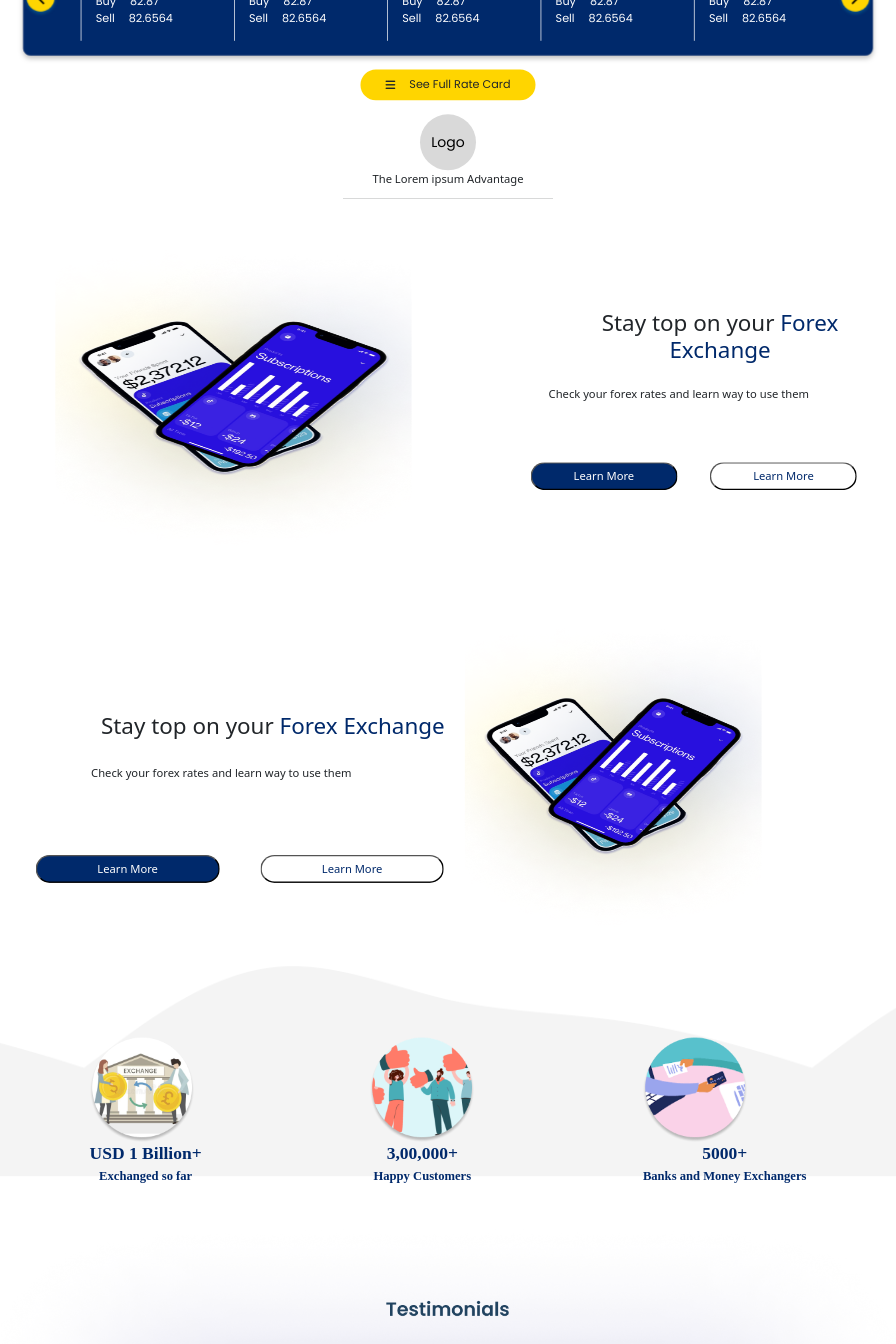
Repository: FlyweisReact/Akshadeep-latest
Page: /
The author's editor kept a copy of each file at every save. The page is drawn from the files as they stood at one save, then again after a run of saves.
The browser window is 1280 px wide. The pictures show the part of the page from y = 865 to 2785 px (the page is 4669 px tall before and 4675 px after), at 70% of full size.
Some web libraries are served in a nearby version. The project was rebuilt for these pictures with package versions that can differ from the ones it lists, and the page was loaded fresh each time. Also part of the build but not shown: src/components/exchange.jsx, src/components/order_p1.jsx, src/components/order_p2.jsx, src/components/faas.jsx, src/components/offer.jsx, src/components/main2.jsx, src/components/home.jsx, src/components/slider.jsx and 6 more.

Above is the page before, as saved 2023-05-23 16:01:04.

### public/index.html
<!DOCTYPE html>
<html lang="en">
  <head>
    <meta charset="utf-8" />
    <link rel="icon" href="%PUBLIC_URL%/favicon.ico" />
    <meta name="viewport" content="width=device-width, initial-scale=1" />
    <meta name="theme-color" content="#000000" />
    <meta
      name="description"
      content="Web site created using create-react-app"
    />
    <link rel="apple-touch-icon" href="%PUBLIC_URL%/logo192.png" />

    <link rel="manifest" href="%PUBLIC_URL%/manifest.json" />
    <link rel="stylesheet" href="https://cdnjs.cloudflare.com/ajax/libs/font-awesome/5.15.3/css/all.min.css" />
    <link href="https://cdn.jsdelivr.net/npm/bootstrap@5.3.0-alpha1/dist/css/bootstrap.min.css" rel="stylesheet" integrity="sha384-GLhlTQ8iRABdZLl6O3oVMWSktQOp6b7In1Zl3/Jr59b6EGGoI1aFkw7cmDA6j6gD" crossorigin="anonymous">
    <title>React App</title>
  </head>
  <body>
    <noscript>You need to enable JavaScript to run this app.</noscript>
    <div id="root"></div>
    <script src="https://kit.fontawesome.com/b533b351e4.js" crossorigin="anonymous"></script>
  </body>
</html>

### src/components/Main.jsx
/** @format */

import React from "react";
import Navbar from "./navbar";
import "react-responsive-carousel/lib/styles/carousel.min.css";
import BottomCont from "./bottom_cont";
import Footer from "./footer";
import img from "../Images/a-7.png";
import img5 from "../Images/a-58.png";
import UpperForm from "./Component/Index/UpperForm";
import UpperSlider from "./Component/Index/UpperSlider";
import CurrencySlider from "./Component/Index/CurrencySlider";

function Main() {
  return (
    <>
      <Navbar />

      <div className="upper-two-component">
        <div className="left-component">
          <UpperForm />
        </div>
        <div className="right-component">
          <UpperSlider />
        </div>
      </div>

      <div className="Index-currency_cont">
        <CurrencySlider />
      </div>

      <div className="Index_center_button">
      <i className="fa-solid fa-bars"></i>
        <p>See Full Rate Card</p>
      </div>

      <div className="Index_center_Div">
        <div className="logo">
          Logo
        </div>
        <p>The Lorem ipsum Advantage</p>
        <hr />
      </div>



      <div className="main-2-cont">
        <div className="main-2-left">
          <img src={img} alt="" />
        </div>
        <div className="main-2-right">
          <h2>
            Stay top on your <spam className="sp">Forex Exchange</spam>
          </h2>
          <p>Check your forex rates and learn way to use them</p>
          <div className="main-2-r-btn">
            <button className="main-2l-btn">Learn More</button>
            <button className="main-2r-btn">Learn More</button>
          </div>
        </div>
      </div>
      <div className="main-3-cont">
        <div className="main-3-left">
          <h2>
            Stay top on your <spam className="sp">Forex Exchange</spam>
          </h2>
          <p>Check your forex rates and learn way to use them</p>
          <div className="main-2-r-btn">
            <button className="main-2l-btn">Learn More</button>
            <button className="main-2r-btn">Learn More</button>
          </div>
        </div>
        <div className="main-3-right">
          <img src={img} alt="" />
        </div>
      </div>
      <BottomCont />
      <Footer />
    </>
  );
}

export default Main;

### src/Style/Header.css
/** @format */

.Sticky-Header-Companent {
  height: 100%;
  background-color: var(--white);
  position: sticky;
  top: 0;
  z-index: 999;
  padding: 20px;
  transition: box-shadow 0.3s ease;
}

.scrolled {
  box-shadow: rgba(0, 0, 0, 0.24) 0px 3px 8px;
}

.Header {
  width: 100%;
  display: flex;
  justify-content: space-between;
  align-items: center;
}

.Header .left-component a {
  font-family: InterFont;
  font-size: 2rem;
  color: #000000;
  cursor: pointer;
  text-decoration: none;
}

.Header .right-component {
  display: flex;
  gap: 20px;
}
.Header .right-component .btn1 {
  font-weight: 500;
  font-size: var(--medium-font);
  color: var(--black);
  background-color: transparent;
  border: none;
}
.Header .right-component .btn2 {
  font-size: var(--medium-font);
  color: var(--white);
  background-color : #00296B;
  border: 1px solid #00296B;
  padding: 10px;
  width: 200px;
  border-radius: var(--half-border);
}

/* Category Drop- Down */
.Drop-Category-Bar {
  display: flex;
  align-items: center;
}
.Drop-Category-Bar .left-container {
  width: 20%;
  padding: 20px;
}

.Drop-Category-Bar .right-Container {
  display: flex;
  width: 60%;
  justify-content: space-evenly;
}

.Drop-Category-Bar .left-container i {
  font-size: var(--medium-font);
  cursor: pointer;
}
.Drop-Category-Bar .right-Container #dropdown-basic {
  border: none;
  font-size: var(--medium-font);
  font-style: normal;
  line-height: 29px;
  color: #333131;
}
.Drop-Category-Bar .right-Container #dropdown-button-drop-end {
  width: 100%;
  display: flex;
  justify-content: space-between;
  gap: 20px;
  align-items: center;
  font-size: var(--small-font);
  border: none;
}
.Drop-Category-Bar .right-Container .dropdown-item {
  width: 100%;
  font-size: var(--small-font);
  border: none;
  padding-left: 12px;
}

/* FullScreen Offcanvas */
.offcanvas.offcanvas-start {
  width: 100% !important;
  background-color: transparent;
}
.offcanvas-backdrop.show {
  opacity: 0.9 !important;
}
.Offcanvas-Menu {
  position: relative;
  padding: 20px;
}
.Offcanvas-Menu .fa-x {
  font-size: var(--medium-font);
  color: #fff;
  position: absolute;
  right: 20px;
  top: 20px;
  cursor: pointer;
}
.Offcanvas-Menu .Menu-Items {
  display: flex;
  justify-content: space-evenly;
  align-items: center;
  position: absolute;
  top: 50%;
  gap: 20px;
  left: 50%;
  transform: translate(-50%, -50%);
  width: 100%;
  padding-left: 5%;
  padding-right: 5%;
}
.Offcanvas-Menu .Menu-Items div {
  width: 20%;
  cursor: pointer;
}
.Offcanvas-Menu .Menu-Items div img {
  display: block;
  margin: auto;
}
.Offcanvas-Menu .Menu-Items div a {
  text-decoration: none;
}
.Offcanvas-Menu .Menu-Items p {
  font-size: var(--medium-font);
  color: #ffffff;
  text-align: center;
  margin-top: 10px;
  font-family: OpenFont;
  text-decoration: none;
  width: 100%;
}

### src/Style/Layout.css
/**
 * Two Section Component
 *
 * @format
 */

.upper-two-component {
  display: flex;
  justify-content: space-evenly;
  padding-top: 20px;
}
.upper-two-component .left-component {
  width: 40%;
}
.upper-two-component .right-component {
  width: 50%;
}

/* Currency Container */
.Index-currency_cont {
  width: 98%;
  margin: auto;
  padding: 20px;
  filter: drop-shadow(0px 4px 4px rgba(0, 0, 0, 0.25));
  padding-top: 5%;
}

/* Rate Button */
.Index_center_button {
  width: 250px;
  background: #ffd500;
  border-radius: 27px;
  display: flex;
  gap: 20px;
  justify-content: center;
  align-items: center;
  padding: 10px;
  margin: auto;
  cursor: pointer;
}
.Index_center_button i {
  margin: 0;
}
.Index_center_button p {
  margin: 0;
  font-family: PoppinFont;
  font-size: var(--extra-small-font);
}

/* Index_center_Div */
.Index_center_Div {
  width: 300px;
  display: block;
  margin: auto;
  padding-top: 20px;
  text-align: center;
}
.Index_center_Div .logo {
  background-color: #d9d9d9;
  color: #000;
  font-family: PoppinFont;
  width: 80px;
  height: 80px;
  border-radius: 100%;
  display: flex;
  justify-content: center;
  align-items: center;
  margin: auto;
  font-size: var(--medium-font);
}
.Index_center_Div p{
    font
}

### src/Style/Component.css
/**
 * Upper Form Component
 *
 * @format
 */

.Index-Upper-Form {
  width: 100%;
  padding-top: 20px;
}
.Index-Upper-Form .button-container {
  display: flex;
  align-items: center;
  justify-content: center;
  gap: 10px;
  width: 100%;
}
.Index-Upper-Form .button-container button {
  background-color: #fff;
  color: #333;
  border: 1px solid #ffd500;
  font-size: var(--small-font);
  cursor: pointer;
  padding: 10px;
  width: 20%;
  font-family: OpenFont;
  border-radius: 4px;
  transition: 0.5s;
}
.Index-Upper-Form .button-container button:hover {
  background: #ffd500;
}
.Index-Upper-Form .form-cont {
  width: 100%;
  margin-top: 10px;
  background: #00296b;
  border: 1px solid #333131;
  box-shadow: 0px 0px 100px 8px rgba(255, 213, 0, 0.3);
  border-radius: 12px;
  position: relative;
  padding: 20px;
}
.Index-Upper-Form .form-cont .form-part-1 .two-cont {
  display: flex;
  justify-content: space-between;
  width: 100%;
}
.Index-Upper-Form .form-cont .form-part-1 .two-cont div {
  width: 45%;
}
.Index-Upper-Form .form-cont .form-part-1 .two-cont div label {
  color: var(--white);
  font-size: var(--extra-small-font);
  font-family: PoppinFont;
  line-height: 24px;
  color: #ffffff;
}

.Index-Upper-Form .form-cont .form-part-1 .two-cont div select {
  width: 100%;
  margin-top: 3px;
  outline: none;
  font-size: var(--extra-small-font);
  color: #897f7f;
  font-family: PoppinFont;
  padding: 10px;
  border-radius: 4px;
  border: 1px solid #897f7f;
}
.Index-Upper-Form .form-cont .form-part-1 .rate {
  font-size: 16px;
  line-height: 24px;
  color: #ffffff;
  margin-top: 10px;
  font-family: PoppinFont;
}
.Index-Upper-Form .form-cont .form-part-1 .two-cont div input {
  width: 100%;
  margin-top: 3px;
  outline: none;
  font-size: var(--extra-small-font);
  color: #897f7f;
  font-family: PoppinFont;
  padding: 10px;
  border-radius: 4px;
  border: 1px solid #897f7f;
}
.Index-Upper-Form .form-cont .form-part-1 .two-cont div input::placeholder {
  color: #897f7f;
}
.Index-Upper-Form .form-cont .form-part-1 .two-cont .two-section {
  display: flex;
  gap: 10px;
  color: var(--white);
  margin-top: 10px;
  align-items: center;
}
.Index-Upper-Form .form-cont .form-part-1 .two-cont .two-section p {
  margin: 0;
  font-family: PoppinFont;
}
.Index-Upper-Form .form-cont .form-part-1 .two-cont .two-section button {
  background-color: #214360;
  outline: none;
  border: 1px solid #214360;
  color: var(--white);
  font-family: PoppinFont;
}
.Index-Upper-Form .form-cont .form-part-1 .two-cont .two-section i {
  color: #ffd500;
}
.Index-Upper-Form .form-cont .form-part-1 .two-cont .two-section .add {
  color: #ffd500;
  text-decoration: underline;
}
.Index-Upper-Form .form-cont .ord-btn {
  font-size: var(--medium-font);
  font-family: PoppinFont;
  background: #ffd500;
  border-radius: 30.2748px;
  border: none;
  width: 40%;
  padding: 10px;
  display: block;
  margin: auto;
  position: absolute;
  top: 98%;
  cursor: pointer;
  left: 50%;
  transform: translate(-50%, -50%);
}

/* Slick Slider */
.slick-slider-Cont {
  position: relative;
}
.slick-slider-Cont .Prev-Next_cont {
  display: flex;
  justify-content: space-between;
}
.slick-slider-Cont .Prev-Next_cont .PrevImg {
  position: absolute;
  top: 50%;
  left: 5%;
  transform: translate(-50%, -50%);
  cursor: pointer;
}
.slick-slider-Cont .Prev-Next_cont .NextImg {
  position: absolute;
  top: 50%;
  left: 95%;
  transform: translate(-50%, -50%);
  cursor: pointer;
}

.Slick-Slider {
  height: 100%;
  padding: 20px;
}
.Slick-Slider .slider-container-div {
  width: 100%;
}
.Slick-Slider .slider-container-div p {
  font-family: PoppinFont;
  font-size: 24px;
  line-height: 40px;
  color: #000;
  text-align: center;
  margin: 0;
}
.Slick-Slider .slider-container-div img {
  display: block;
  margin: auto;
}
.Slick-Slider:focus {
  border: none !important;
}
.Slick-Slider:active {
  border: none !important;
}

.Slick-Slider .slider-container-div .two-comp {
  display: flex;
  justify-content: space-evenly;
  gap: 10px;
}
.Slick-Slider .slider-container-div .two-comp .left-comp {
  width: 45%;
  position: relative;
}
.Slick-Slider .slider-container-div .two-comp .left-comp img {
  position: absolute;
  top: 50%;
  left: 50%;
  transform: translate(-50%, -50%);
}
.Slick-Slider .slider-container-div .two-comp .right-comp {
  width: 60%;
}
.Slick-Slider .slider-container-div .two-comp .right-comp div {
  display: flex;
  padding-top: 20px;
  gap: 20px;
  align-items: center;
}
.Slick-Slider .slider-container-div .two-comp .right-comp p {
  margin: 0;
  font-size: var(--extra-small-font);
  line-height: normal;
  width: 90%;
  text-align: left;
}
.Slick-Slider .slider-container-div .two-comp .right-comp i {
  margin: 0;
  background-color: #00a067;
  color: #fff;
  border-radius: 100%;
  padding: 5px;
}


/* Currency-Slider  */
.currency_slider_cont{
  background-color: #00296B;
  border: 1px solid #00296B;
  border-radius: 10px;
  position: relative;
  width: 100%;
}
.currency_slider_cont .currency_slider{
  height: 100%;
  padding: 20px;
  padding-left: 5%;
  padding-right: 5%;
}
.currency_slider_cont .currency_slider:focus {
  border: none !important;
}
.currency_slider_cont .currency_slider:active {
  border: none !important;
}

.currency_slider_cont .currency_slider .Item{
  color: #fff;
  border-right: 1px solid #fff;
  padding: 20px;
  width: 20%;
}
.currency_slider_cont .currency_slider .Item p{
  margin: 0;
}
.currency_slider_cont .currency_slider .Item .head{
  font-family: PoppinFont;
  font-size: var(--medium-font);
}
.currency_slider_cont .currency_slider .Item .two_sec{
  display: flex;
  align-items: center;
  gap: 20px;
}
.currency_slider_cont .currency_slider .Item .two_sec p{
  font-family: PoppinFont;
font-size: var(--extra-small-font);
}
.currency_slider_cont .Prev-Next_cont {
  display: flex;
  justify-content: space-between;
}
.currency_slider_cont .Prev-Next_cont .PrevImg {
  position: absolute;
  top: 50%;
  left: 2%;
  transform: translate(-50%, -50%);
  cursor: pointer;
}
.currency_slider_cont .Prev-Next_cont .NextImg {
  position: absolute;
  top: 50%;
  left: 98%;
  transform: translate(-50%, -50%);
  cursor: pointer;
}

.slick-prev:before {
  display: none !important;
}
.slick-next:before{
  display: none
  ;
}

### src/components/navbar.jsx
import Header from "./Layout/Header";

const Navbar = () => {
  return (
    <>
      <Header />

    </>
  );
};

export default Navbar;

### src/components/bottom_cont.jsx
import React from "react";
import img from "../Images/a-33.png";
import img2 from "../Images/a-34.png";
import img3 from "../Images/a-35.png";
import img4 from "../Images/a-36.png";
import img5 from "../Images/a-37.png";
import img6 from "../Images/a-51.png";

const BotCont = () => {
  return (
    <>
      <div className="bot-part-1">
        <div className="bot-cont-imgs">
          <div>
            <img src={img} />
            <h6>USD 1 Billion+</h6>
            <p>Exchanged so far</p>
          </div>
          <div>
            <img src={img2} />
            <h6>3,00,000+</h6>
            <p>Happy Customers</p>
          </div>
          <div>
            <img src={img3} />
            <h6>5000+</h6>
            <p>Banks and Money Exchangers</p>
          </div>
        </div>
      </div>
      <div className="bot-part-3">
        <img src={img6} />
      </div>
      <div className="bot-part-2">
        <h3>Media Mentions</h3>
        <div className="bot-part-2-sub">
          <div className="bot-cont-card">
            <h4>Loren Ipsum Id best Platform out there</h4>
            <p>
              Lorem Ipsum is simply dummy text of the printing and typesetting
              industry. Lorem Ipsum has been the industry's standard dummy text
              ever since the 1500s, when an unknown printer took a galley of
              type and scrambled it to make a type specimen book.
            </p>
            <div className="thin-line"></div>
            <div className="bot-cont-card-2">
              <img src={img4} />
              <p>5 star</p>
            </div>
          </div>
          <div className="bot-cont-card">
            <h4>Loren Ipsum Id best Platform out there</h4>
            <p>
              Lorem Ipsum is simply dummy text of the printing and typesetting
              industry. Lorem Ipsum has been the industry's standard dummy text
              ever since the 1500s, when an unknown printer took a galley of
              type and scrambled it to make a type specimen book.
            </p>
            <div className="thin-line"></div>
            <div className="bot-cont-card-2">
              <img src={img5} style={{height:"40px"}} />
              <p>5 star</p>
            </div>
          </div>
        </div>
      </div>
    </>
  );
};

export default BotCont;

### src/components/footer.jsx
import React from "react";

const Footer = () => {
  return (
    <footer className="footer">
      <div className="footer-cont">
        <div className="foot-row">
          <div className="foot-col">
            <h3>Company</h3>
            <p>About Us</p>
            <p>Contact Us</p>
            <p>Careers</p>
          </div>
          <div className="foot-col">
            <h3>Services</h3>
            <p>Prepaid Travel Card</p>
            <p>Foreign Demand Draft</p>
            <p>Foreign Currency</p>
            <p>Educational Loans</p>
            <p>Remmittance</p>
            <p>Travel Insurance</p>
            <p>Forex as a Service (Faas Solution)</p>
          </div>
          <div className="foot-col">
            <h3>Quick Links</h3>
            <p>FAQs</p>
            <p>Cancellation & Refund Policy</p>
            <p>Forex Rates</p>
            <p>Our Policies</p>
            <p>Terms of Use</p>
            <p>Site Map</p>
            <p>Offers</p>
          </div>
          <div className="foot-col">
            <h3>Insight</h3>
            <p>Blogs</p>
            <p>Press Release</p>
            <p>Foreign Currency</p>
            <p>Educational Loans</p>
            <p>Remmittance</p>
            <p>Travel Insurance</p>
            <p>Forex as a Service (Faas Solution)</p>
          </div>
          <div className="foot-col">
            <h3>Registered Office Address</h3>
            <p>Lorem Ipsum Pvt ltd.</p>
            <p>P-701 to P-705 lorem ipsum , 7th floor, 11th tower, panchsheel primerose, vatista
                , Gurugram, Hariyana
            </p>
            {/*<ul className="social-icons">
              <li>
                <a href="#">
                  <i className="fab fa-facebook-f"></i>
                </a>
              </li>
              <li>
                <a href="#">
                  <i className="fab fa-twitter"></i>
                </a>
              </li>
              <li>
                <a href="#">
                  <i className="fab fa-linkedin"></i>
                </a>
              </li>
              <li>
                <a href="#">
                  <i className="fab fa-instagram"></i>
                </a>
              </li>
            </ul>*/}
          </div>
        </div>
      </div>
      <div className="footer-bottom">
        <p>&copy; 2023 Forex Inc. All Rights Reserved.</p>
      </div>
    </footer>
  );
};

export default Footer;

### src/components/signup.jsx
import Button from "react-bootstrap/Button";
import Modal from "react-bootstrap/Modal";

function MyVerticallyCenteredModal(props) {
  return (
    <Modal
      {...props}
      size="lg"
      aria-labelledby="contained-modal-title-vcenter"
      centered
    >
      <Modal.Body>
        <div className="popupe-container">
          <div className="popupe">
            <span className="close" onClick={props.onHide}>
              &times;
            </span>
            <h2 className="form-title">Register</h2>
            <form>
              <div class="form-groupe">
                <label for="name" className="label-inp">Name</label>
                <input type="text" id="name" name="name" placeholder="Enter your name here" />
              </div>
              <div class="form-groupe">
                <label for="mobile" className="label-inp">Mobile Number</label>
                <input type="email" id="email" name="email" placeholder="Enter your mobile no here"/>
              </div>
              <div class="form-groupe">
                <label for="email" className="label-inp">Email</label>
                <input type="email" id="email" name="email" placeholder="Enter your email here"/>
              </div>
              <button type="submit" className="btn-form-submit">Submit</button>
            </form>
            <h2 className="form-title">Or</h2>
            <div className="form-bot-cont">
              <div className="left-btn">
                  <button className="btn-2">
                  <i class="fab fa-facebook-f fc" ></i>
                  facebook</button>
              </div>
              <div className="right-btn">
                  <button className="btn-2">
                  <i class="fab fa-google-plus-g gl"></i>
                    Google</button>
              </div>
            </div>
            </div>
          </div>
      </Modal.Body>
    </Modal>
  );
}

export default MyVerticallyCenteredModal;

### src/components/login.jsx

import Modal from "react-bootstrap/Modal";

function MyVerticallyCenteredModal(props) {
  return (
    <Modal
      {...props}
      size="lg"
      aria-labelledby="contained-modal-title-vcenter"
      centered
    >
      <Modal.Body>
        <div className="popupe-container">
          <div className="popupe">
            <span className="close" onClick={props.onHide}>
              &times;
            </span>
            <h2 className="form-title">Login</h2>
            <form>
              <div class="form-groupe">
                <label for="name" className="label-inp">Mobile Number/ Email Id</label>
                <input type="text" id="name" name="name" placeholder="Enter mobile number/ email Id" />
              </div>
              <button type="submit" className="btn-form-submit">Submit</button>
            </form>
            </div>
            <h2 className="form-title">Or</h2>
            <div className="form-bot-cont">
              <div className="left-btn">
                  <button className="btn-2">
                  <i class="fab fa-facebook-f fc" ></i>
                  facebook</button>
              </div>
              <div className="right-btn">
                  <button className="btn-2">
                  <i class="fab fa-google-plus-g gl"></i>
                    Google</button>
              </div>
            </div>
          </div>
      </Modal.Body>
    </Modal>
  );
}

export default MyVerticallyCenteredModal;

Loaded but not shown: src/Json/menu.json (187 lines, source omitted); src/components/Component/Index/UpperSlider.js (180 lines, source omitted); src/components/Component/Index/CurrencySlider.js (162 lines, source omitted); src/components/Component/Index/UpperForm.js (74 lines, source omitted); src/components/Layout/DropBar.js (60 lines, source omitted); src/components/Layout/Sidebar.js (70 lines, source omitted); src/App.js (50 lines, source omitted); src/components/Layout/Header.js (56 lines, source omitted); src/index.js (13 lines, source omitted); src/index.css (2406 lines, source omitted)

After the next 4 saves:
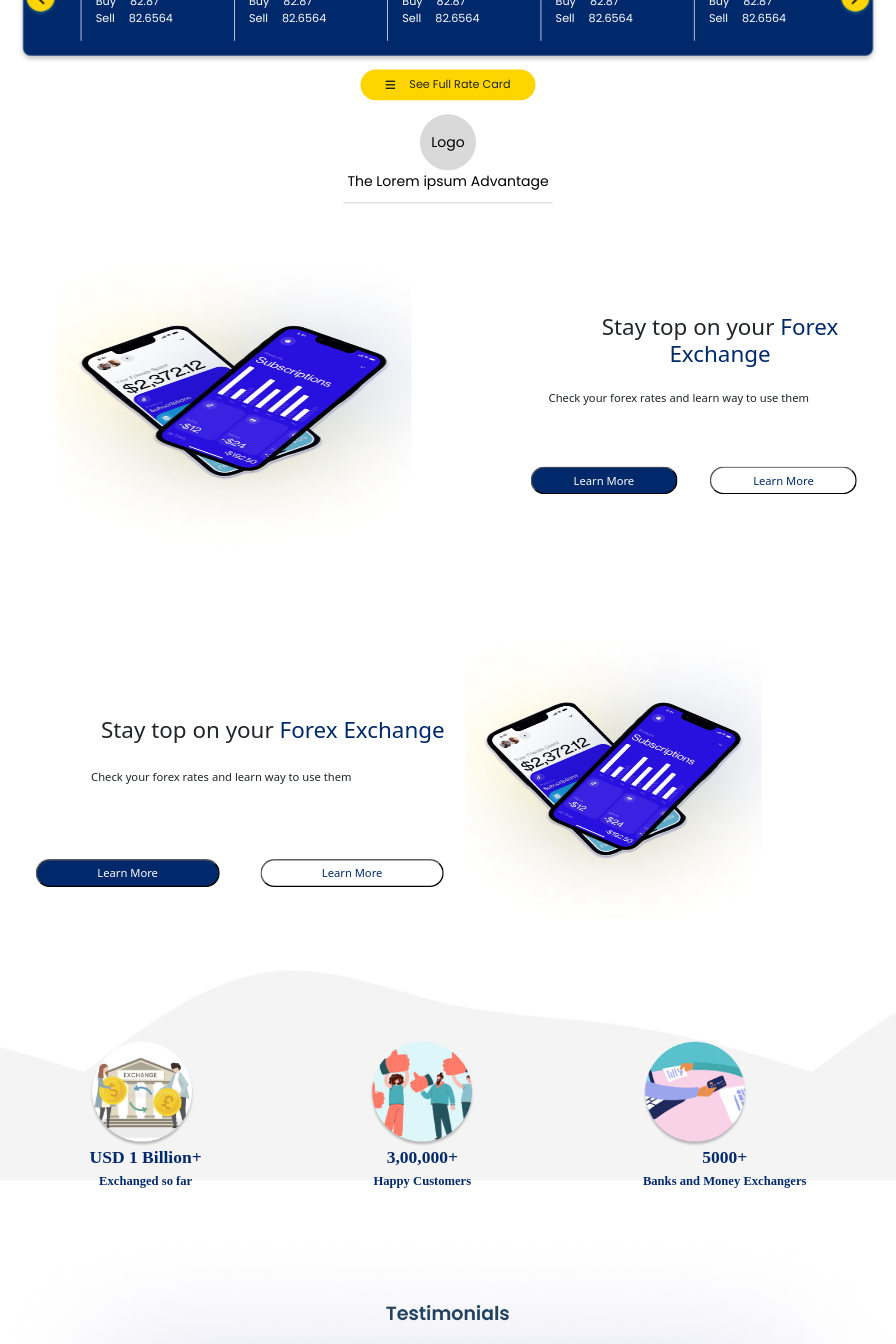
The 4 saves are shown as one change because they came seconds apart.
The last was saved 15 s later.
--- a/src/Style/Layout.css
+++ b/src/Style/Layout.css
@@ -69,5 +69,8 @@
   font-size: var(--medium-font);
 }
 .Index_center_Div p{
-    font
+    color: #000;
+    font-family: PoppinFont;
+
+    font-size: var(--medium-font);
 }
